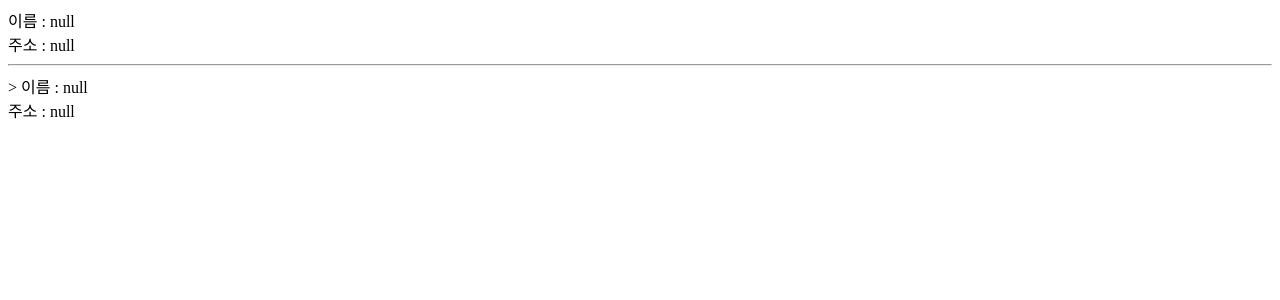
Repository: LEENYAMNYAM/JSP
Page: http://localhost/JSP_Project/exam/testResult.jsp
An editor plug-in stored every save of this project. The page is shown before and after the next save, followed by the edit.
The browser window is 1280 px wide. The pictures show the whole page.
The page is served by Tomcat 9. Other server files are loaded and not shown.

Above is the page before, as saved 2025-02-27 01:42:01.

### JSP_Project/src/main/webapp/exam/testResult.jsp
<%@ page language="java" contentType="text/html; charset=UTF-8"
    pageEncoding="UTF-8"%>
<!DOCTYPE html>
<html>
<head>
<meta charset="UTF-8">
<title>Insert title here</title>
</head>
<%
// 스크립트릿(JSP를 해석하기위한 언어)
String name = request.getParameter("name");
String addr = request.getParameter("addr");
%>
<body>
이름 : <% out.println(name); %><br/>
주소 : <% out.println(addr); %><br/>
<hr/>
<!-- 간략화시켜서 아래와 같이 씀 -->>
이름 : <%= name %><br/>
주소 : <%= addr %><br/>
</body>
</html>

After the next save:
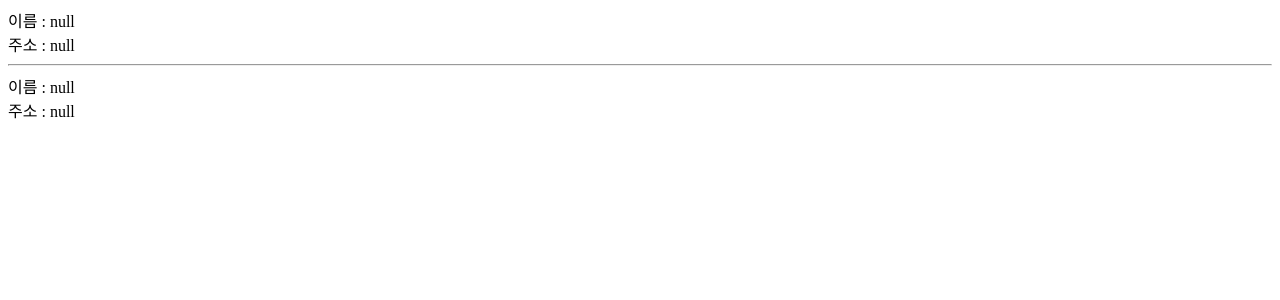
Saved 20 s later.
--- a/JSP_Project/src/main/webapp/exam/testResult.jsp
+++ b/JSP_Project/src/main/webapp/exam/testResult.jsp
@@ -15,7 +15,8 @@ String addr = request.getParameter("addr");
 이름 : <% out.println(name); %><br/>
 주소 : <% out.println(addr); %><br/>
 <hr/>
-<!-- 간략화시켜서 아래와 같이 씀 -->>
+<!-- 간략화시켜서 아래와 같이 씀 -->
+
 이름 : <%= name %><br/>
 주소 : <%= addr %><br/>
 </body>
